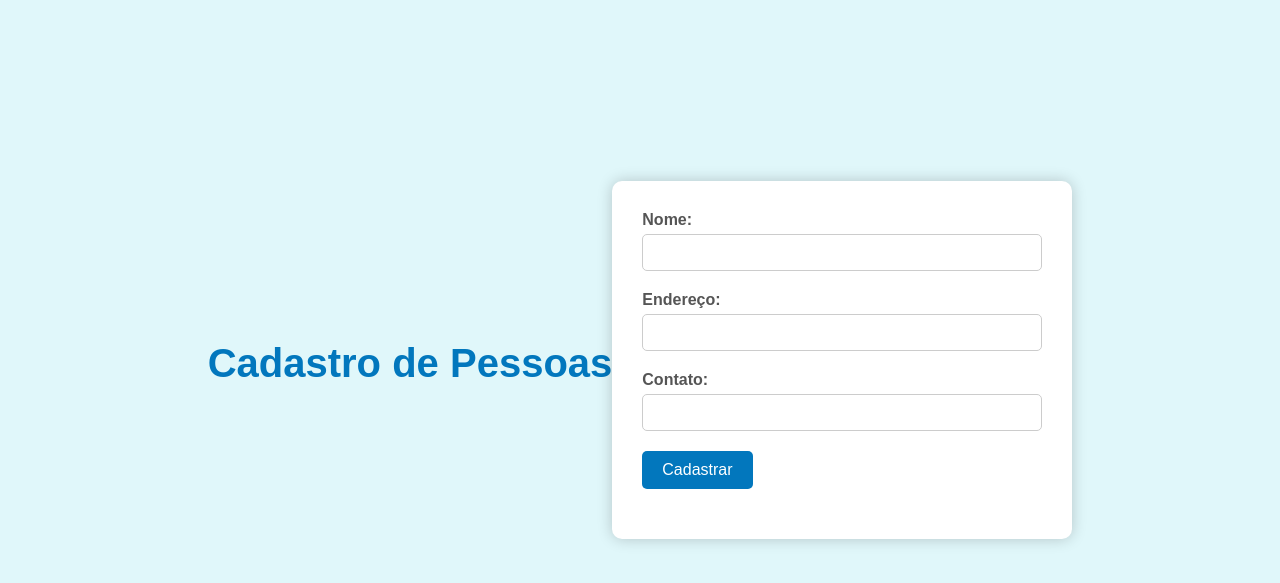
Repository: M4rfagafo/Pratica-de-curriculariza-o-VII
Page: Projeto/index.html
These files come from the project's save history. The page is drawn as it stood at one moment and after the next save; the edit follows.
The browser window is 1280 px wide. The pictures show the whole page.

Above is the page before, as saved 2025-03-12 14:54:06.

### Projeto/index.html
<!DOCTYPE html>
<html lang="pt-br">
<head>
    <meta charset="UTF-8">
    <meta name="viewport" content="width=device-width, initial-scale=1.0">
    <title>Cadastro de Pessoas</title>
    <link rel="stylesheet" href="\css\styles.css">
</head>
<body>
    <h1>Cadastro de Pessoas</h1>
    <form action="/pessoas/add" method="POST">
        <div>
            <label for="nome">Nome:</label>
            <input type="text" id="nome" name="nome" required>
        </div>
        <div>
            <label for="endereco">Endereço:</label>
            <input type="text" id="endereco" name="endereco" required>
        </div>
        <div>
            <label for="contato">Contato:</label>
            <input type="text" id="contato" name="contato" required>
        </div>
        <div>
            <button type="submit">Cadastrar</button>
        </div>
    </form>
</body>
</html>

### Projeto/public/css/styles.css
body {
    font-family: Arial, sans-serif;
    background-color: #e0f7fa;
    margin: 0;
    padding: 0;
    display: flex;
    justify-content: center;
    align-items: center;
    height: 100vh;
}

h1 {
    color: #0277bd;
    font-size: 2.5em;
    text-align: center;
    margin-bottom: 20px;
}

form {
    background-color: #ffffff;
    padding: 30px;
    border-radius: 10px;
    box-shadow: 0 0 15px rgba(0, 0, 0, 0.2);
    width: 100%;
    max-width: 400px;
}

div {
    margin-bottom: 20px;
}

label {
    display: block;
    margin-bottom: 5px;
    color: #555555;
    font-weight: bold;
}

input[type="text"] {
    width: 100%;
    padding: 10px;
    border: 1px solid #cccccc;
    border-radius: 5px;
    box-sizing: border-box;
}

button {
    background-color: #0277bd;
    color: white;
    padding: 10px 20px;
    border: none;
    border-radius: 5px;
    cursor: pointer;
    font-size: 1em;
}

button:hover {
    background-color: #01579b;
}

After the next save:
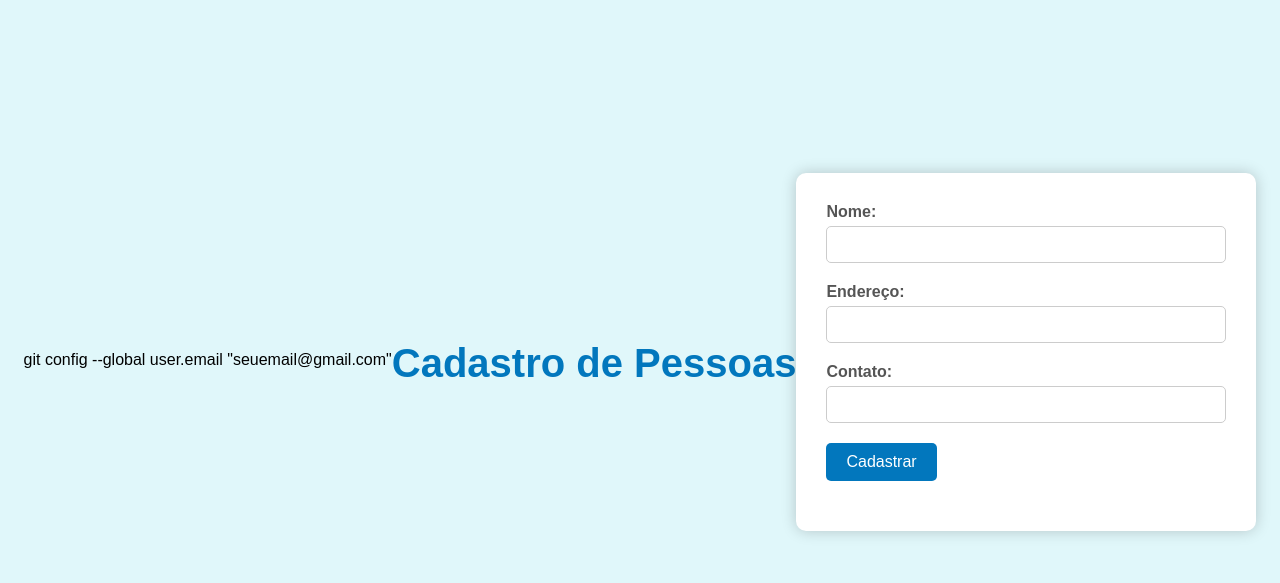
Saved 15 min 27 s later.
--- a/Projeto/index.html
+++ b/Projeto/index.html
@@ -1,4 +1,4 @@
-<!DOCTYPE html>
+git config --global user.email "seuemail@gmail.com"<!DOCTYPE html>
 <html lang="pt-br">
 <head>
     <meta charset="UTF-8">

After the save that followed:
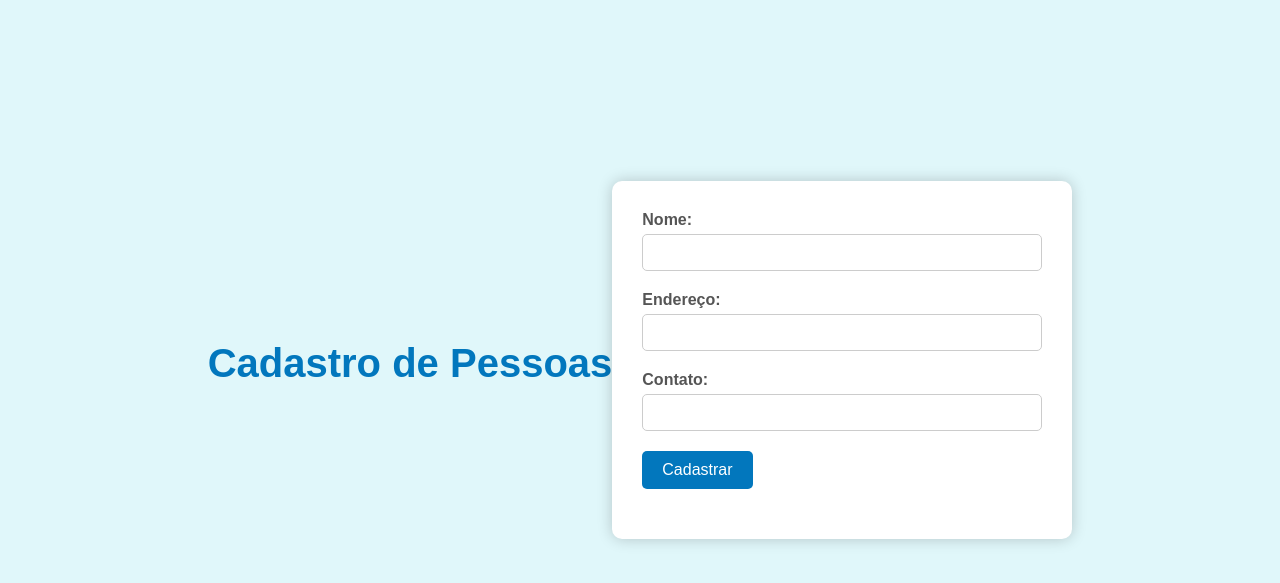
Saved 5 s later.
--- a/Projeto/index.html
+++ b/Projeto/index.html
@@ -1,4 +1,4 @@
-git config --global user.email "seuemail@gmail.com"<!DOCTYPE html>
+<!DOCTYPE html>
 <html lang="pt-br">
 <head>
     <meta charset="UTF-8">
